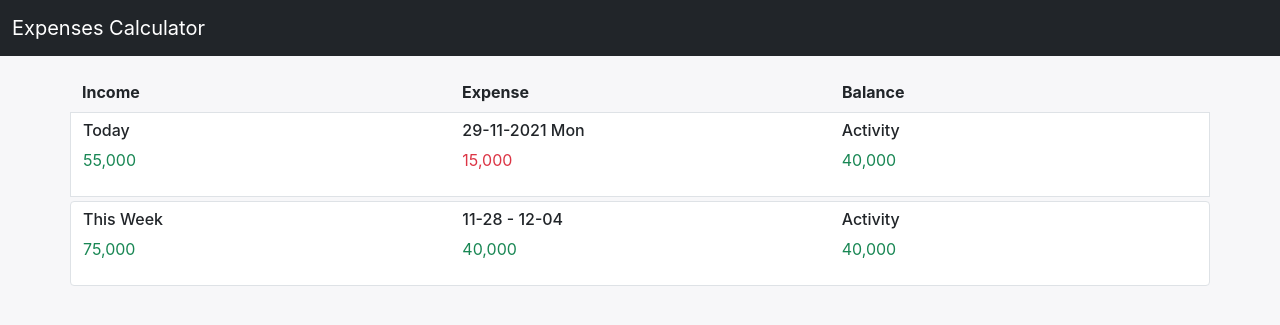
Repository: eidankhan/expenses-calculator
Page: /
The author's editor kept a copy of each file at every save. The page is drawn from the files as they stood at one save, then again after the next save.
The browser window is 1280 px wide. The pictures show the whole page.
The project was rebuilt for these pictures with package versions that can differ from the ones it lists, and the page was loaded fresh each time. Also part of the build but not shown: src/components/SaveIncome.js.

Above is the page before, as saved 2021-11-29 17:29:55.

After the next save:
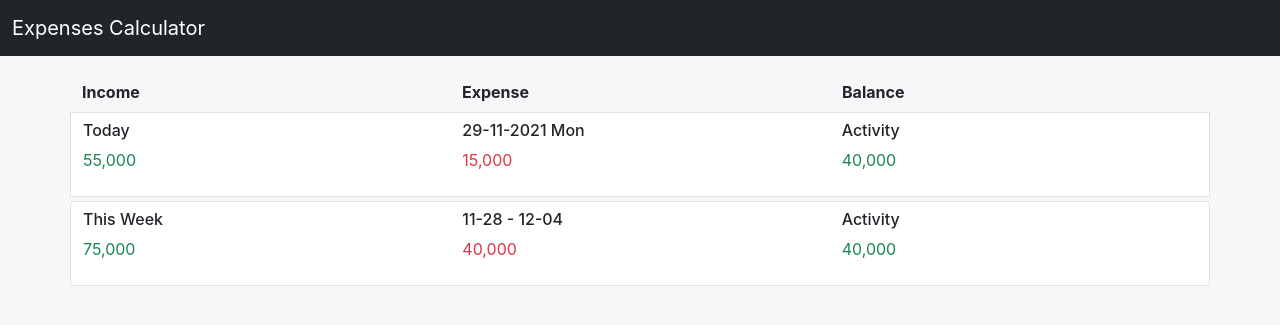
Saved 24 s later.
--- a/src/components/IncomeSummary.js
+++ b/src/components/IncomeSummary.js
@@ -40,7 +40,7 @@ export const IncomeSummary = () => {
         </div>
         <div className="col-md-4 my-2">
           <h6> 11-28 - 12-04 </h6>
-          <p className="text-success"> 40,000</p>
+          <p className="text-danger"> 40,000</p>
         </div>
         <div className="col-md-4 my-2">
           <h6> Activity </h6>
